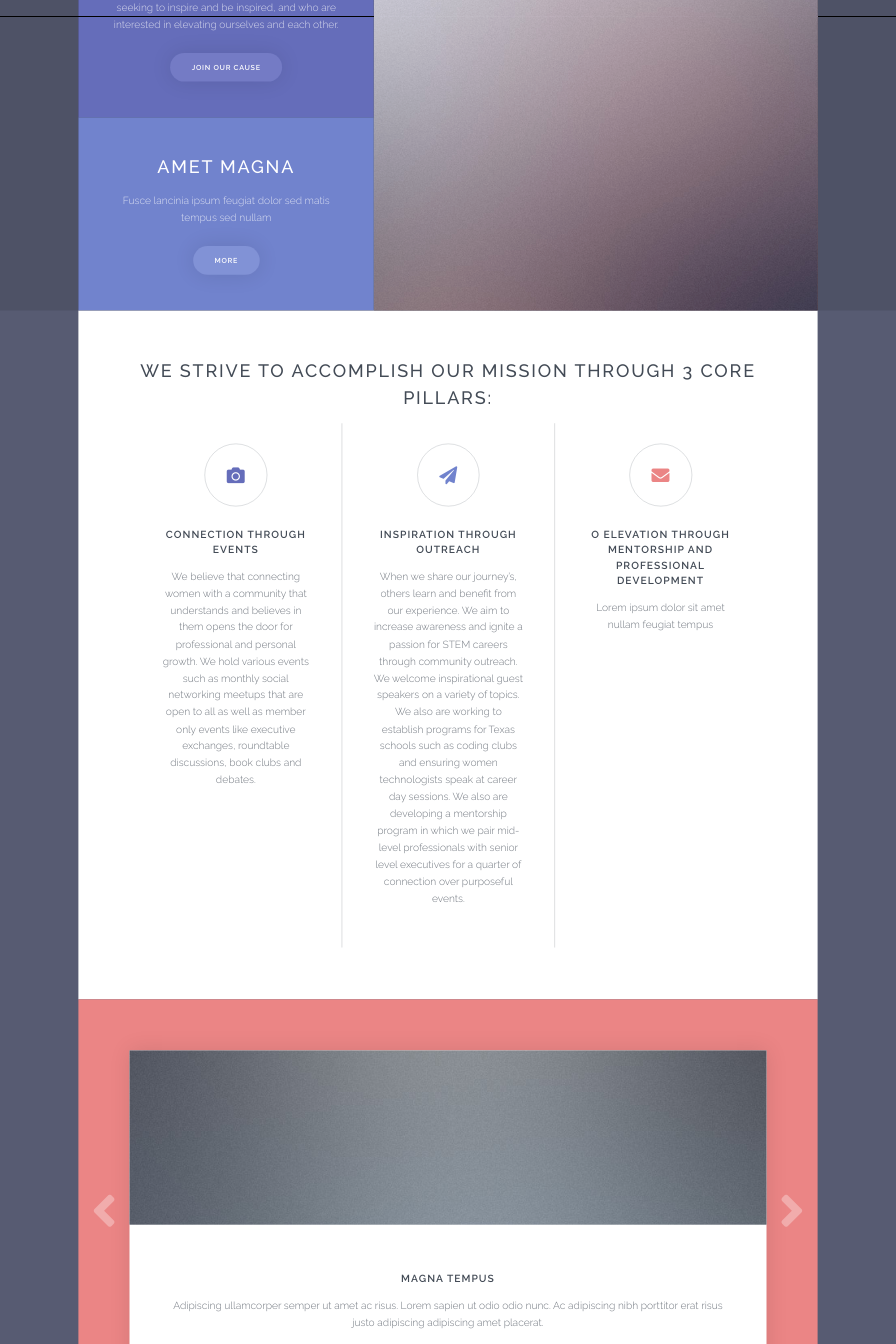
Repository: Roshanell/Houston-women-in-tech
Page: index.html
An editor plug-in stored every save of this project. The page is shown before and after a run of saves, followed by the edit.
The browser window is 1280 px wide. The pictures show the part of the page from y = 341 to 2261 px (the page is 4056 px tall), at 70% of full size.

Above is the page before, as saved 2022-12-11 15:54:44.

### index.html
<!DOCTYPE HTML>

<html>

	<head>
		<title>Texas Women In Tech</title>
		<meta charset="utf-8" />
		<meta name="viewport" content="width=device-width, initial-scale=1, user-scalable=no" />
		<link rel="stylesheet" href="assets/css/main.css" />
	</head>

	<body class="is-preload">

		<!-- Page Wrapper -->
		<div id="page-wrapper">

			<!-- Wrapper -->
			<div class="wrapper">
				<div class="inner">

					<!-- Header -->
					<header id="header">
						<a href="index.html" class="logo">Altitude <span>by Pixelarity</span></a>
						<nav>
							<ul>
								<li><a href="#menu">Menu</a></li>
							</ul>
						</nav>
					</header>

					<!-- Nav -->
					<nav id="menu">
						<ul class="links">
							<li><a href="index.html">Home</a></li>
							<li><a href="generic.html">Generic</a></li>
							<li><a href="elements.html">Elements</a></li>
						</ul>
						<ul class="actions stacked">
							<li><a href="#" class="button primary fit">Sign Up</a></li>
							<li><a href="#" class="button fit">Log In</a></li>
						</ul>
					</nav>

					<!-- Banner -->
					<section id="banner">
						<div class="items">
							<section class="accent2">
								<h1>Our Mission</h1>
								<p>Texas Women in Tech is on a mission to empower women and contribute to sustainability in Texas, by
									investing in the skills of women in technology.
									<br>
									We are a volunteer run organization of Texas women in technology that desire meaningful connections
									with other women in tech, that are seeking to inspire and be inspired, and who are interested in
									elevating ourselves and each other.
								</p>
								<ul class="actions special">
									<li><a href="#" class="button primary">Join Our Cause</a></li>
								</ul>
							</section>
							<section class="accent3">
								<h1>Amet magna</h1>
								<p>Fusce lancinia ipsum feugiat dolor sed matis tempus sed nullam</p>
								<ul class="actions special">
									<li><a href="#" class="button primary">More</a></li>
								</ul>
							</section>
						</div>
						<div class="slider">
							<article>
								<img src="images/pic01.jpg" alt="" data-position="bottom right" />
							</article>
							<article>
								<img src="images/pic02.jpg" alt="" data-position="bottom right" />
							</article>
							<article>
								<img src="images/pic03.jpg" alt="" data-position="top left" />
							</article>
						</div>
					</section>

				</div>
			</div>

			<!-- Wrapper -->
			<div class="wrapper">
				<div class="inner">

					<!-- Section -->
					<section class="main">
						<header class="major">
							<h2>We strive to accomplish our mission through 3 core pillars:</h2>
						</header>
						<div class="features">
							<section>
								<span class="icon solid fa-camera major accent2"></span>
								<h3>Connection through events</h3>
								<p>We believe that connecting women with a community that understands and believes in them opens the
									door for professional and personal growth. We hold various events such as monthly social networking
									meetups that are open to all as well as member only events like executive exchanges, roundtable
									discussions, book clubs and debates.</p>
							</section>
							<section>
								<span class="icon solid fa-paper-plane major accent3"></span>
								<h3>Inspiration through Outreach</h3>
								<p>When we share our journey’s, others learn and benefit from our experience. We aim to increase
									awareness and ignite a passion for STEM careers through community outreach. We welcome inspirational
									guest speakers on a variety of topics. We also are working to establish programs for Texas schools
									such as coding clubs and ensuring women technologists speak at career day sessions. We also are
									developing a mentorship program in which we pair mid-level professionals with senior level executives
									for a quarter of connection over purposeful events.</p>
							</section>
							<section>
								<span class="icon solid fa-envelope major accent4"></span>
								<h3>o Elevation through Mentorship and Professional Development </h3>
								<p>Lorem ipsum dolor sit amet nullam feugiat tempus</p>
							</section>
						</div>
					</section>

					<!-- Section -->
					<section class="carousel accent4">
						<article>
							<div class="image"><img src="images/pic04.jpg" alt="" data-position="center" /></div>
							<div class="content">
								<h3>Magna tempus</h3>
								<p>Adipiscing ullamcorper semper ut amet ac risus. Lorem sapien ut odio odio nunc. Ac adipiscing nibh
									porttitor erat risus justo adipiscing adipiscing amet placerat.</p>
							</div>
						</article>
						<article>
							<div class="image"><img src="images/pic05.jpg" alt="" data-position="center" /></div>
							<div class="content">
								<h3>Consequat ipsum</h3>
								<p>Sapien a lorem in integer ornare praesent commodo adipiscing arcu in massa commodo lorem accumsan at
									odio massa ac ac. Semper adipiscing varius accumsan.</p>
							</div>
						</article>
						<article>
							<div class="image"><img src="images/pic06.jpg" alt="" data-position="center" /></div>
							<div class="content">
								<h3>Magna tempus</h3>
								<p>Volutpat eu sed ante lacinia sapien lorem accumsan varius montes viverra nibh in adipiscing blandit
									tempus accumsan lorem ipsum dolor sit amet nullam aliquam.</p>
							</div>
						</article>
						<nav>
							<a href="#" class="previous"><span class="label">Previous</span></a>
							<a href="#" class="next"><span class="label">Next</span></a>
						</nav>
					</section>

					<!-- Section -->
					<section class="main">
						<header class="major">
							<h2>Sed tempus aliquam</h2>
							<p>Lorem ipsum dolor sit amet</p>
						</header>
						<div class="spotlights">
							<article>
								<div class="image"><img src="images/pic07.jpg" alt="" data-position="center" /></div>
								<div class="content">
									<h3>Aliquam</h3>
									<p>Morbi in sem quis dui placerat ellentesque odio nisi euismod in haretra a, ultricies in, diam ed
										rcuc consequat lorem ipsum dolor.</p>
									<ul class="actions special">
										<li><a href="#" class="button primary">More</a></li>
									</ul>
								</div>
							</article>
							<article>
								<div class="image"><img src="images/pic08.jpg" alt="" data-position="center" /></div>
								<div class="content">
									<h3>Pellentesque fermentum</h3>
									<p>Eed egestas, ante et vulputate volutpat, eros pede semper est, vitae luctus metus libero eu augue.
										Morbi purus libero, faucibus adipiscing, commodo quis, gravida id, est. Sed lectus. Praesent
										elementum lorem ipsum blandid sti amet velvelit.</p>
									<ul class="actions special">
										<li><a href="#" class="button primary">More</a></li>
									</ul>
								</div>
							</article>
						</div>
					</section>

				</div>
			</div>

			<!-- Wrapper -->
			<div class="wrapper">
				<div class="inner">

					<!-- Section -->
					<section class="main accent2">
						<header class="major">
							<h2>Get notified</h2>
							<p>Lorem ipsum dolor sit amet nullam feugiat tempus</p>
						</header>
						<form method="post" action="#" class="combined">
							<input type="email" name="email" id="email" placeholder="Email address" class="invert" />
							<input type="submit" class="primary" value="Sign Up" />
						</form>
					</section>

					<!-- Footer -->
					<footer id="footer">
						<section class="links">
							<div>
								<h3>Magna</h3>
								<ul class="plain">
									<li><a href="#">Aliquam tempus</a></li>
									<li><a href="#">Ultrecies nul</a></li>
									<li><a href="#">Gravida ultricies</a></li>
									<li><a href="#">Commodo etiam</a></li>
								</ul>
							</div>
							<div>
								<h3>Feugiat</h3>
								<ul class="plain">
									<li><a href="#">Morbi sem lorem</a></li>
									<li><a href="#">Praes sed dapi</a></li>
									<li><a href="#">Sed adipis nullam</a></li>
									<li><a href="#">Fus dolor lacinia</a></li>
								</ul>
							</div>
							<div>
								<h3>Tempus</h3>
								<ul class="plain">
									<li><a href="#">Donecnec etiam</a></li>
									<li><a href="#">Aapibus sedun</a></li>
									<li><a href="#">Namnulla tempus</a></li>
									<li><a href="#">Morbi set amet</a></li>
								</ul>
							</div>
							<div>
								<h3>Aliquam</h3>
								<ul class="plain">
									<li><a href="#">Lorem prasent dia</a></li>
									<li><a href="#">Nellentes ipsum</a></li>
									<li><a href="#">Diamsed arcu dolor</a></li>
									<li><a href="#">Sit amet cursus</a></li>
								</ul>
							</div>
						</section>
						<ul class="contact-icons">
							<li class="icon solid fa-home">1234 Fictional Street #5432 Nashville, TN 00000-0000</li>
							<li class="icon solid fa-phone"><a href="#">(000) 000-0000</a></li>
							<li class="icon solid fa-envelope"><a href="#">info@untitled.tld</a></li>
						</ul>
						<p class="copyright">&copy; Untitled. All rights reserved.</p>
					</footer>

				</div>
			</div>

		</div>

		<!-- Scripts -->
		<script src="assets/js/jquery.min.js"></script>
		<script src="assets/js/browser.min.js"></script>
		<script src="assets/js/breakpoints.min.js"></script>
		<script src="assets/js/util.js"></script>
		<script src="assets/js/main.js"></script>

	</body>

</html>

Loaded but not shown: assets/css/fontawesome-all.min.css (library); assets/js/jquery.min.js (library); assets/js/browser.min.js (common file); assets/js/breakpoints.min.js (common file); assets/js/util.js (587 lines, source omitted); assets/js/main.js (337 lines, source omitted); assets/css/main.css (5511 lines, source omitted)

After the next 2 saves:
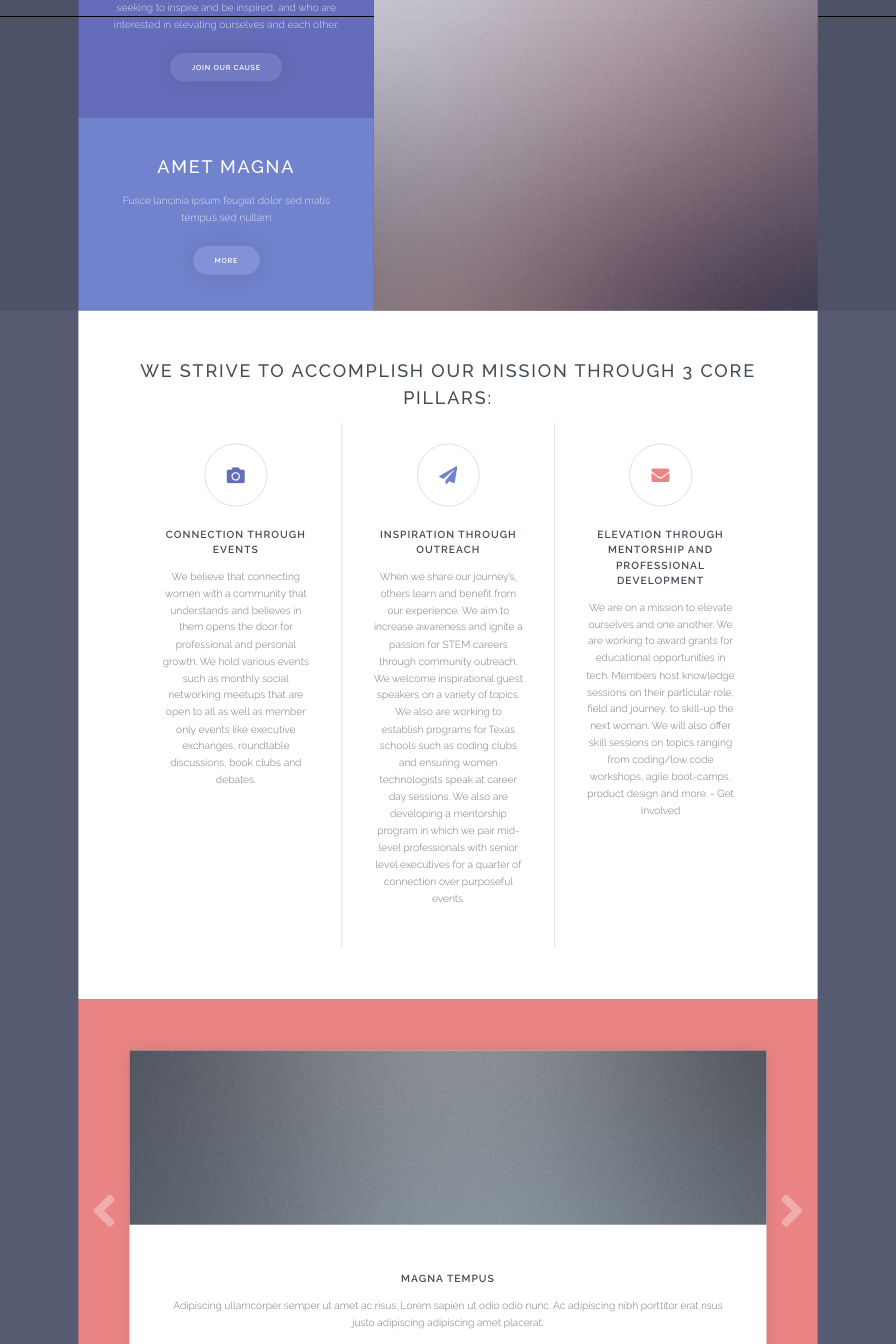
The 2 saves are shown as one change because they came seconds apart.
The last was saved 16 s later.
--- a/index.html
+++ b/index.html
@@ -111,8 +111,10 @@
 							</section>
 							<section>
 								<span class="icon solid fa-envelope major accent4"></span>
-								<h3>o Elevation through Mentorship and Professional Development </h3>
-								<p>Lorem ipsum dolor sit amet nullam feugiat tempus</p>
+								<h3>Elevation through Mentorship and Professional Development </h3>
+								<p>We are on a mission to elevate ourselves and one another. We are working to award grants for educational opportunities in tech. Members host knowledge sessions on their particular role, field and journey, to skill-up the next woman. We will also offer skill sessions on topics ranging from coding/low code workshops, agile boot-camps, product design and more.
+									-	Get Involved
+									</p>
 							</section>
 						</div>
 					</section>
